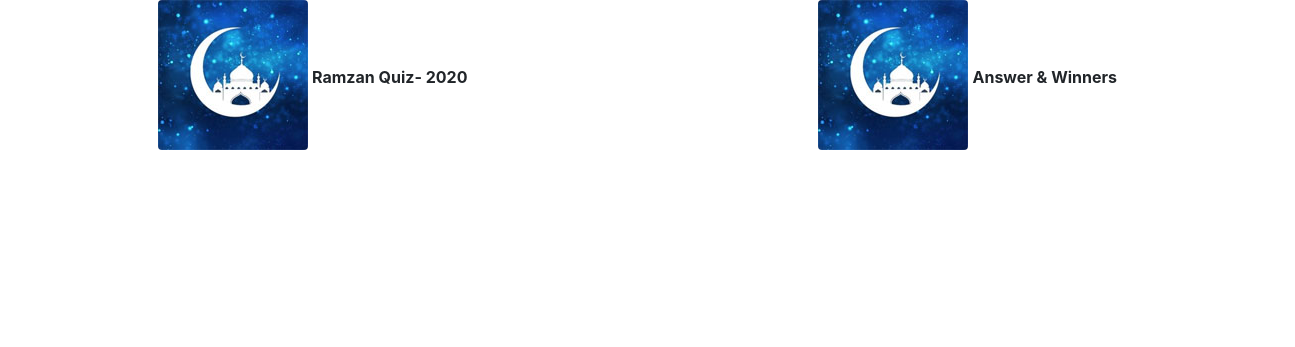
Repository: rsusolutions/RSU-Website
Page: quiz/index.html
An editor plug-in stored every save of this project. The page is shown before and after the next save, followed by the edit.
The browser window is 1280 px wide. The page is 1295 px wide, so the pictures cover 1295 px, including what lies to the right of the window. The pictures show the whole page.
Some web libraries are served in a nearby version.

Above is the page before, as saved 2020-04-21 19:36:56.

After the next save:
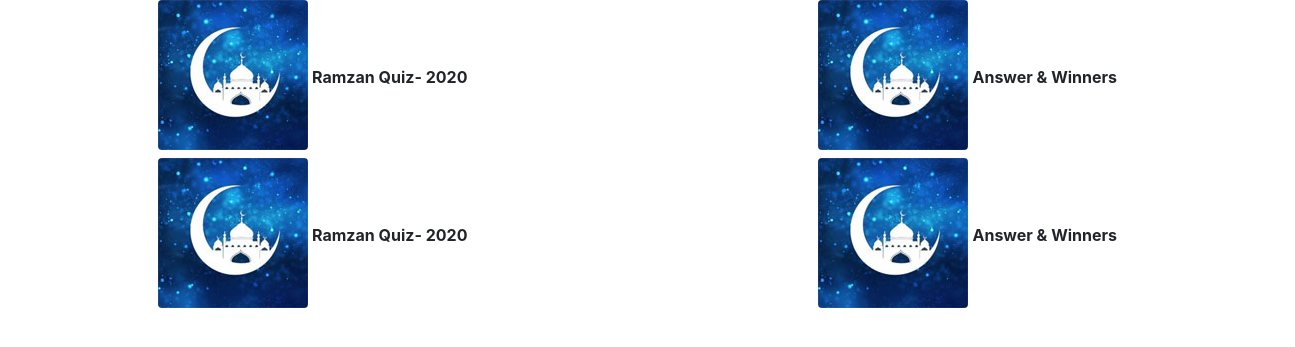
Saved 23 s later.
--- a/quiz/index.html
+++ b/quiz/index.html
@@ -25,6 +25,16 @@
     <b>Answer & Winners</b>
     </div>
     </div>
+ <div class="row">
+      <div class="col" style=" text-align: center;">
+    <img class="rounded mb-2" alt="100x100" src="img/ramzan.jpg" data-holder-rendered="true">
+    <b>Ramzan Quiz- 2020</b>
+    </div>
+      <div class="col" style=" text-align: center;">
+    <img class="rounded mb-2" alt="100x100" src="img/ramzan.jpg" data-holder-rendered="true">
+    <b>Answer & Winners</b>
+    </div>
+    </div>
 
     </section>
     <!-- Optional JavaScript -->
